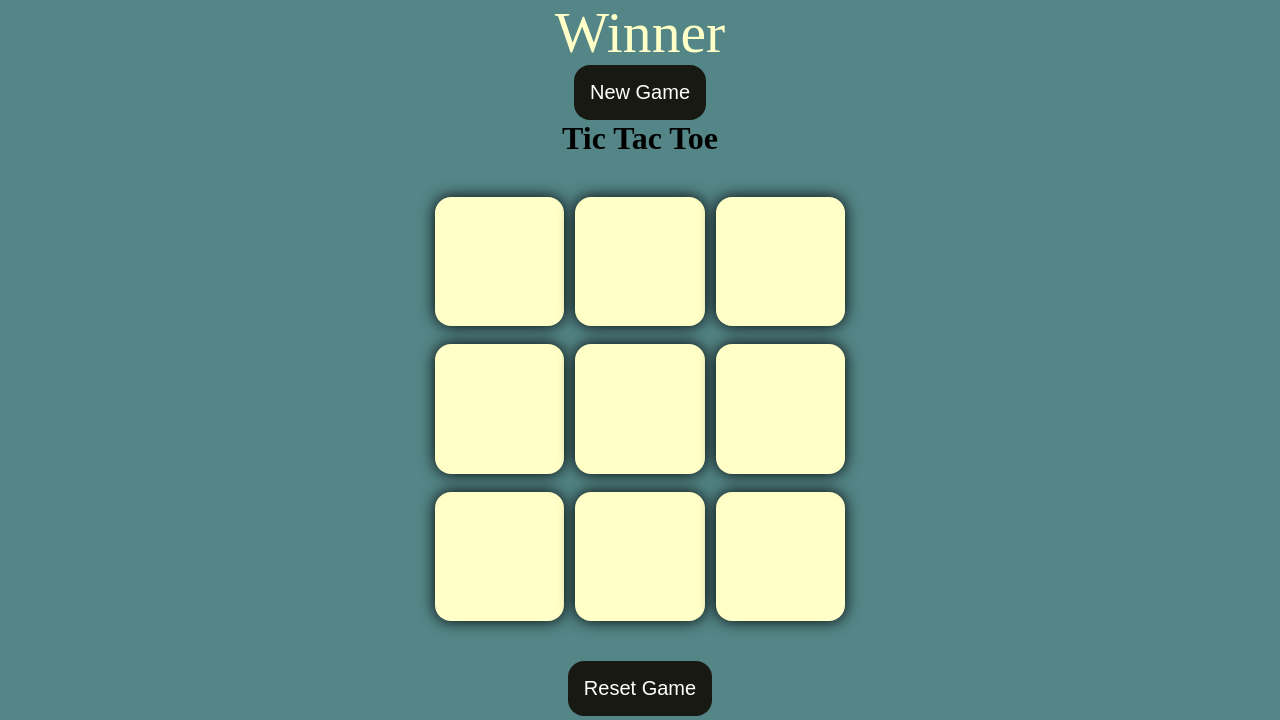
Repository: pankaj-shaw05/Tic-Tac-Toe
Page: index.html
These files come from the project's save history. The page is drawn as it stood at one moment and after the next save; the edit follows.
The browser window is 1280 px wide. The pictures show the whole page.

Above is the page before, as saved 2026-04-07 20:33:20.

### index.html
<!DOCTYPE html>
<html lang="en">
<head>
    <meta charset="UTF-8">
    <meta name="viewport" content="width=device-width, initial-scale=1.0">
    <title>Tic-Tac-Toe Game</title>
    <link rel="stylesheet" href="style.css"/>
</head>
<body>
    <div class="msg-container">
        <p id="msg">Winner</p>
        <button id="new-btn">New Game</button>
    </div>
    <main>
        <h1>Tic Tac Toe</h1>
        <div class="container">
        <div class="game">
            <button class="box"></button>
            <button class="box"></button>
            <button class="box"></button>
            <button class="box"></button>
            <button class="box"></button>
            <button class="box"></button>
            <button class="box"></button>
            <button class="box"></button>
            <button class="box"></button>
        </div>
        </div>
        <button id="reset-btn">Reset Game</button>
    </main>
    <script src="app.js"></script>
</body>
</html>

### style.css
* {
    margin: 0;
    padding: 0;

}

body {
    background-color: #548687;
    text-align: center;
}

.container {
    height: 70vh;
    display: flex;
    justify-content: center;
    align-items: center;
}

.game {
    height: 60vmin;
    width: 60vmin;
    display: flex;
    flex-wrap: wrap;
    justify-content: center;
    align-items: center;
    gap: 1.5vmin;
}

.box {
    height: 18vmin;
    width: 18vmin;
    border-radius: 1rem;
    border: none;
    box-shadow: 0 0 1rem rgba(0,0,0.3);
    font-size: 8vmin;
    color: #b0413e;
    background-color: #ffffc7;
}

#reset-btn {
    padding: 1rem;
    font-size: 1.25rem;
    background-color: #191913;
    color: #fff;
    border-radius: 1rem;
    border: none;
}

#new-btn {
    padding: 1rem;
    font-size: 1.25rem;
    background-color: #191913;
    color: #fff;
    border-radius: 1rem;
    border: none;
}

#msg {
    color: #ffffc7;
    font-size: 8vmin;
}

### app.js
let boxes = document.querySelectorAll(".box");
let resetBtn =document.querySelector("#reset-btn");

let turnO =true;

const winPatterns = [
    [0, 1, 2],
    [0, 3, 6],
    [0, 4, 8],
    [1, 4, 7],
    [2, 5, 8],
    [2, 4, 6],
    [3, 4, 5],
    [6, 7, 8],
];

boxes.forEach((box) => {
    box.addEventListener("click", () => {
        console.log("box was clicked");
        if(turnO) {
            box.innerText = "O";
            turnO = false;
        }else{
            box.innerText = "X";
            turnO = true;
        }
        box.disabled =true;
        checkWinner();
    });

});
const checkWinner = () => {
    for( let pattern of winPatterns) {
            let pos1val = boxes[pattern[0]].innerText
            let pos2val = boxes[pattern[1]].innerText
            let pos3val = boxes[pattern[2]].innerText

            if(pos1val !="" && pos2val !="" && pos3val != ""){
                if(pos1val === pos2val && pos2val === pos3val) {
                    console.log("winner",pos1val);
                }
            }
    }
}

After the next save:
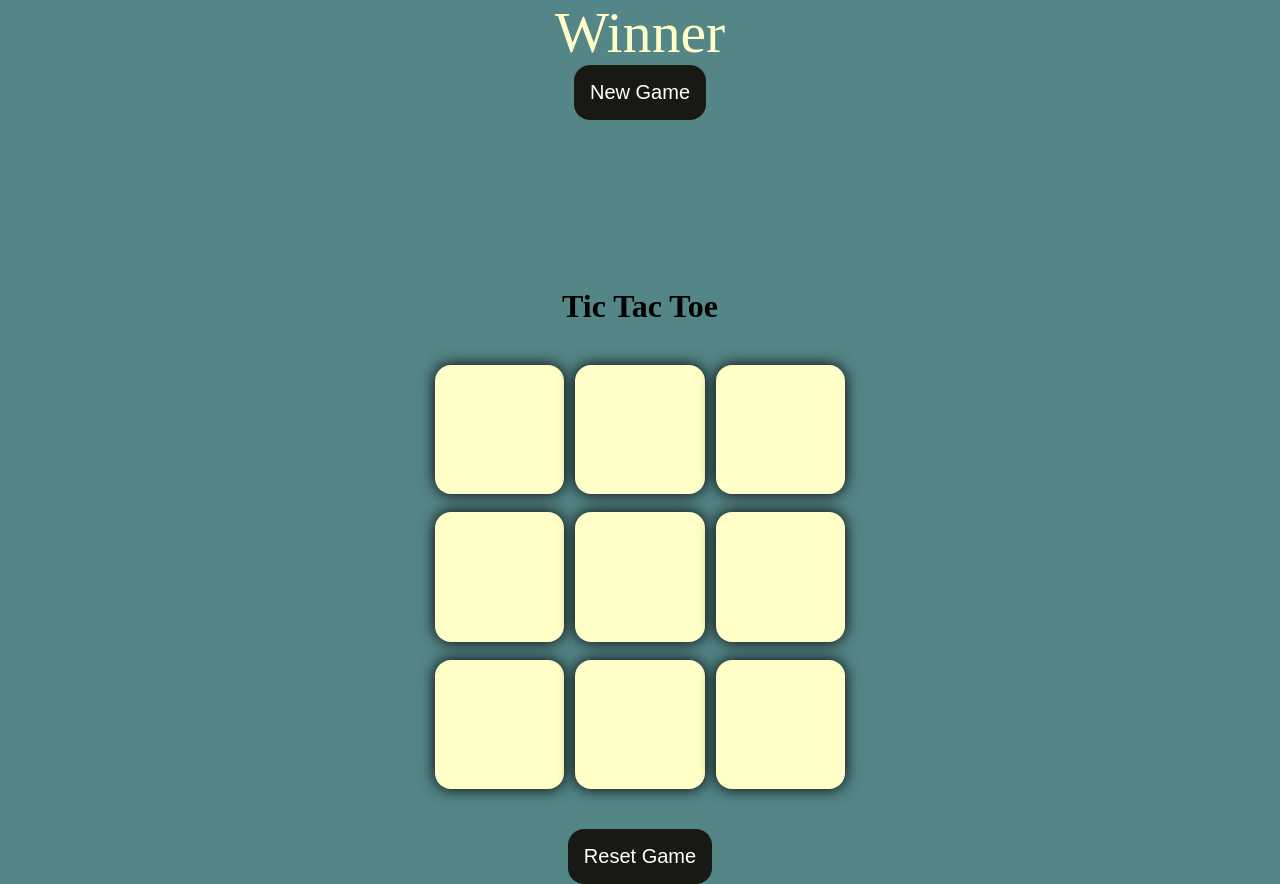
Saved 117 s later.
--- a/style.css
+++ b/style.css
@@ -59,3 +59,8 @@ body {
     color: #ffffc7;
     font-size: 8vmin;
 }
+
+.msg-container {
+    height: 40vmin;
+
+}
